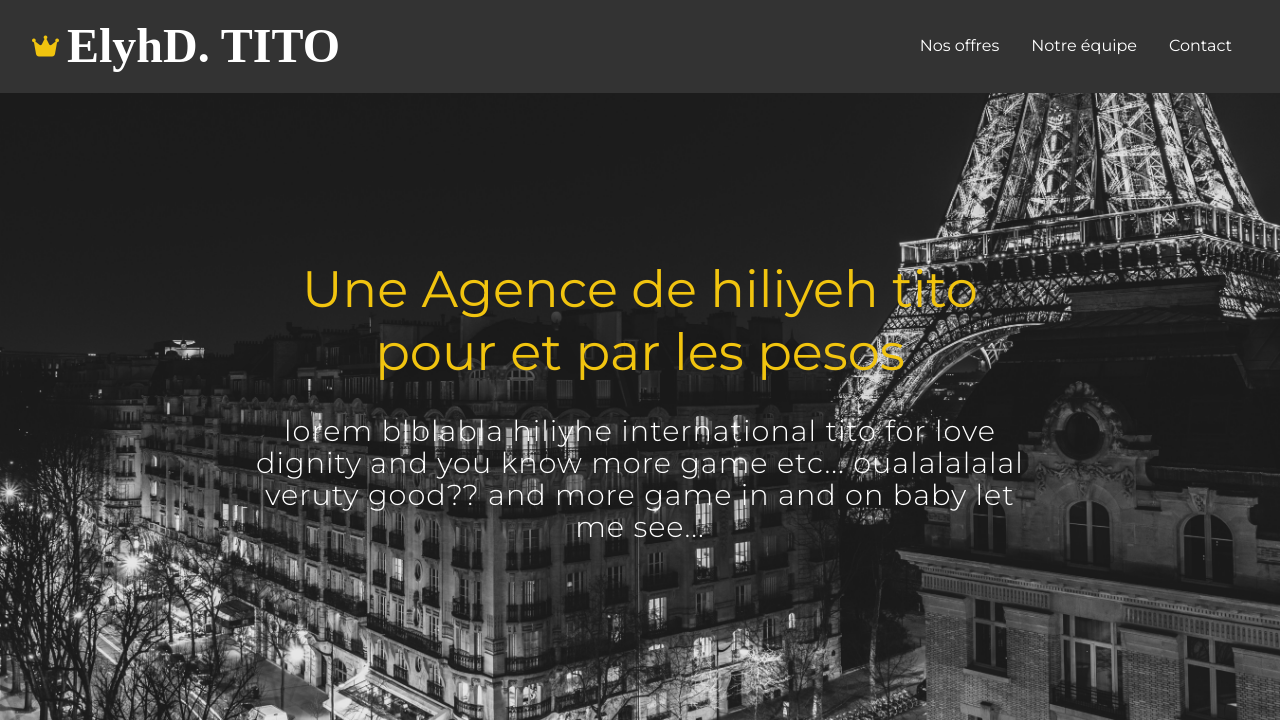
Repository: Hiliyeh/immo
Page: index.html
The author's editor kept a copy of each file at every save. The page is drawn from the files as they stood at one save, then again after the next save.
The browser window is 1280 px wide. The pictures show the whole page.
Some web fonts or font styles are not loaded; a fallback is used. Some web libraries are served in a nearby version.

Above is the page before, as saved 2020-05-05 13:28:54.

### index.html
<!DOCTYPE html>
<html lang="fr">
  <head>
    <meta charset="UTF-8" />
    <meta name="viewport" content="width=device-width, initial-scale=1.0" />
    <meta http-equiv="X-UA-Compatible" content="ie=edge" />
    <link rel="stylesheet" href="css/style.css" />
    <link
      rel="stylesheet"
      media="only screen and (max-width: 500px)"
      href="css/style.mobile.css"
    />
    <link
      href="https://fonts.googleapis.com/css?family=Long+Cang|Montserrat:300,400,700&display=swap"
      rel="stylesheet"
    />
    <script
      src="https://kit.fontawesome.com/83f4286022.js"
      crossorigin="anonymous"
    ></script>
    <title>Agence Elyh</title>
    <style></style>
  </head>
  <body>
    <div class="vp-container">
      <header>
        <h2 class="vp-logo">
          <i class="fas fa-crown"></i>
          <a href="#">ElyhD. TITO</a>
        </h2>
        <ul>
          <li><a href="#">Nos offres</a></li>
          <li><a href="#">Notre équipe</a></li>
          <li><a href="#">Contact</a></li>
        </ul>
      </header>
      <section class="vp">
        <div class="vp-content">
          <h1>
            <strong>Une Agence de hiliyeh tito pour et par les pesos</strong>
          </h1>
          <p>
            lorem blblabla hiliyhe international tito for love dignity and you
            know more game etc... oualalalalal veruty good?? and more game in
            and on baby let me see...
          </p>
        </div>
      </section>
    </div>
  </body>
</html>

### css/style.CSS
* {
  margin: 0;
  padding: 0;
  box-sizing: border-box;
}

body {
  font-family: "Montserrat", sans-serif;
}

p {
  margin-bottom: 0.8rem;
}

h1,
h2,
h3,
h4 {
  margin-bottom: 1rem;
}

a {
  color: #333;
  text-decoration: none;
}

/* vp + header */

.vp-container {
  min-height: 100vh;
  display: flex;
  flex-direction: column;
}

header {
  padding: 1rem 2rem;
  background: #333;
  display: flex;
  flex-flow: row nowrap;
  justify-content: space-between;
}

.vp-logo {
  margin-bottom: 0;
  font-family: "Long Cang", cursive;
  display: flex;
  flex-flow: row nowrap;
  justify-content: center;
  align-items: center;
}

.vp-logo i {
  color: #f1c40f;
  font-size: 1.5rem;
  margin-right: 0.5rem;
}

.vp-logo a {
  font-size: 3rem;
}

header ul {
  display: flex;
  flex-flow: row nowrap;
  list-style: none;
}

header ul li {
  padding: 1rem;
}

header ul li a:hover {
  color: #f1c40f;
}

header a {
  color: white;
}


/* ... */
strong {
  color: #f1c40f;
  font-weight: 400;
}
/* ... */
header {
  padding: 1rem 2rem;
  background: #333;
  display: flex;
  flex-flow: row nowrap;
  justify-content: space-between;
  line-height: 1.8rem;
}
/* ... */
.vp {
  flex: auto;
  display: flex;
  flex-direction: column;
  justify-content: center;
  align-items: center;
  background: url("/img/frame.jpg")
    center center/cover;
}

.vp-content {
  max-width: 800px;
  text-align: center;
  color: white;
}

.vp-content h1 {
  font-size: 3.2rem;
  margin-bottom: 2rem;
}

.vp-content p {
  font-size: 1.8rem;
  font-weight: 300;
  letter-spacing: 1px;
  line-height: 2rem;
}

Loaded but not shown: css/style.mobile.css (no stored copy; drawn as an empty file)

After the next save:
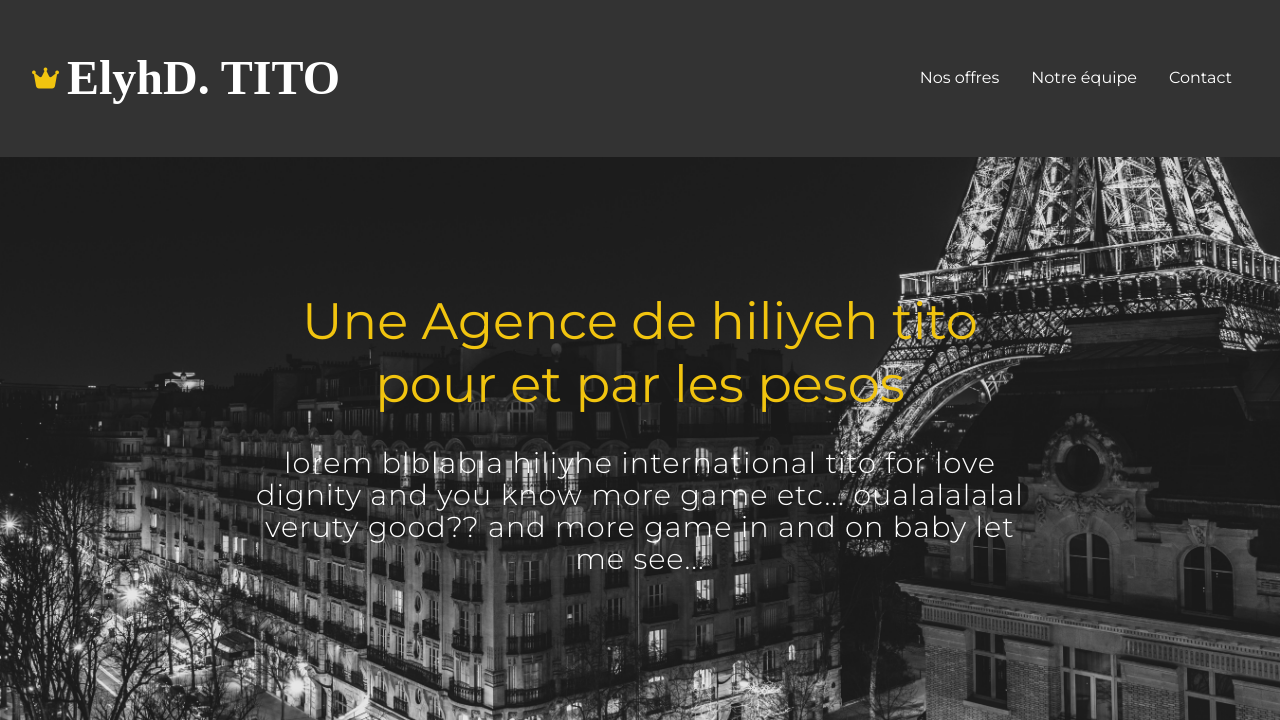
Saved 7 s later.
--- a/css/style.CSS
+++ b/css/style.CSS
@@ -90,7 +90,7 @@
   display: flex;
   flex-flow: row nowrap;
   justify-content: space-between;
-  line-height: 1.8rem;
+  line-height: 5.8rem;
 }
 /* ... */
 .vp {
